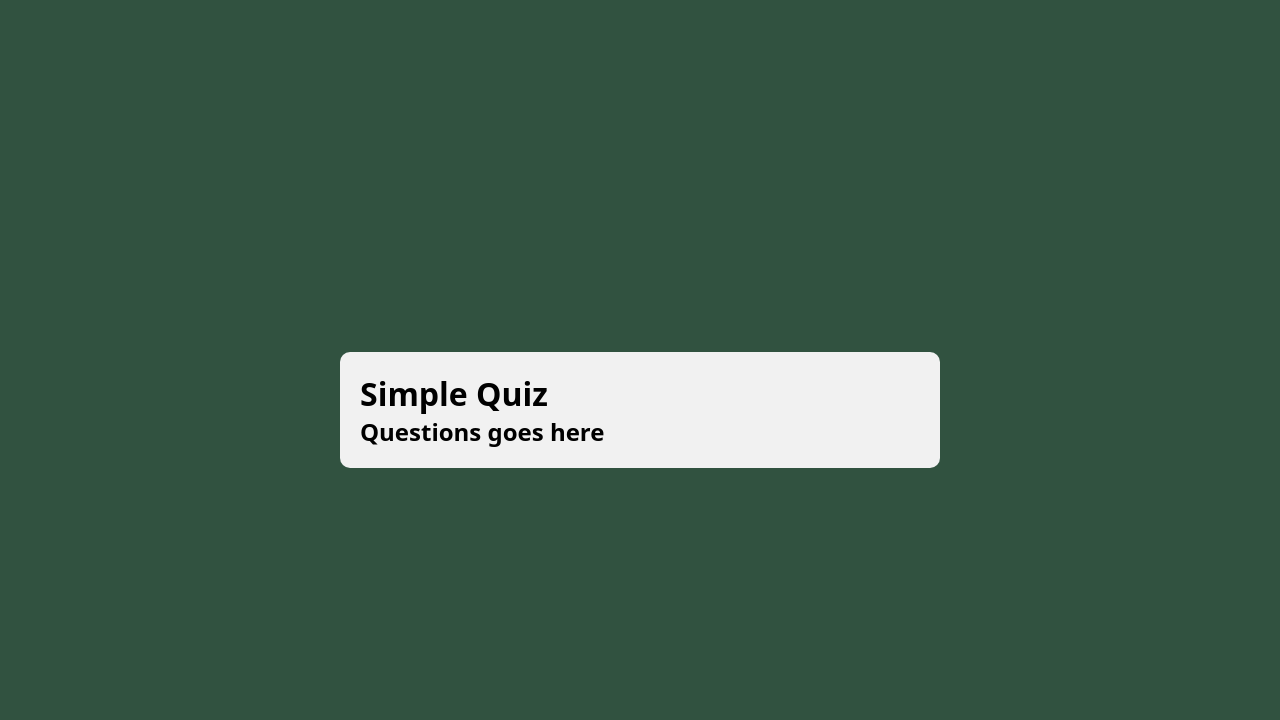
Repository: VickyJacob23/Quiz-App
Page: index.html
An editor plug-in stored every save of this project. The page is shown before and after the next save, followed by the edit.
The browser window is 1280 px wide. The pictures show the whole page.

Above is the page before, as saved 2024-08-04 16:27:22.

After the next save:
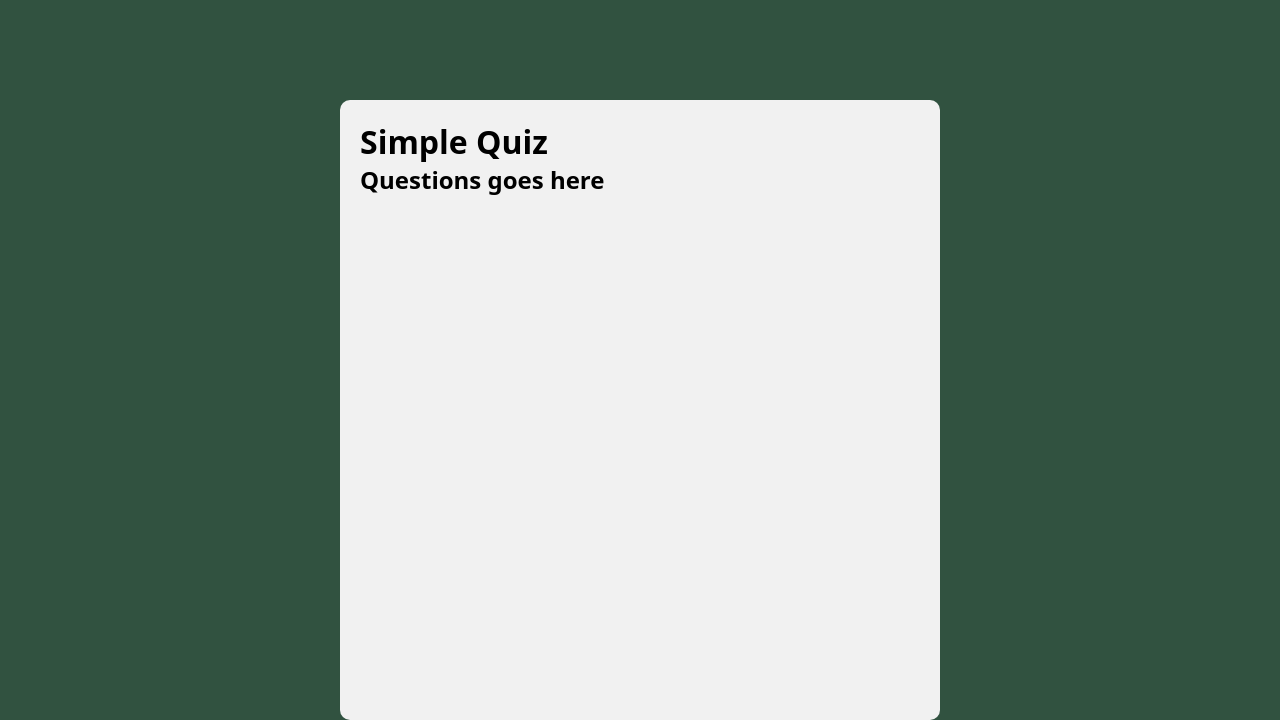
Saved 35 s later.
--- a/styles.css
+++ b/styles.css
@@ -7,8 +7,8 @@
 
 body{
     display: flex;
-    justify-content: center;
-    align-items: center;
+    /* justify-content: center;
+    align-items: center; */
     height: 100vh;
     background-color: #315240;
 
